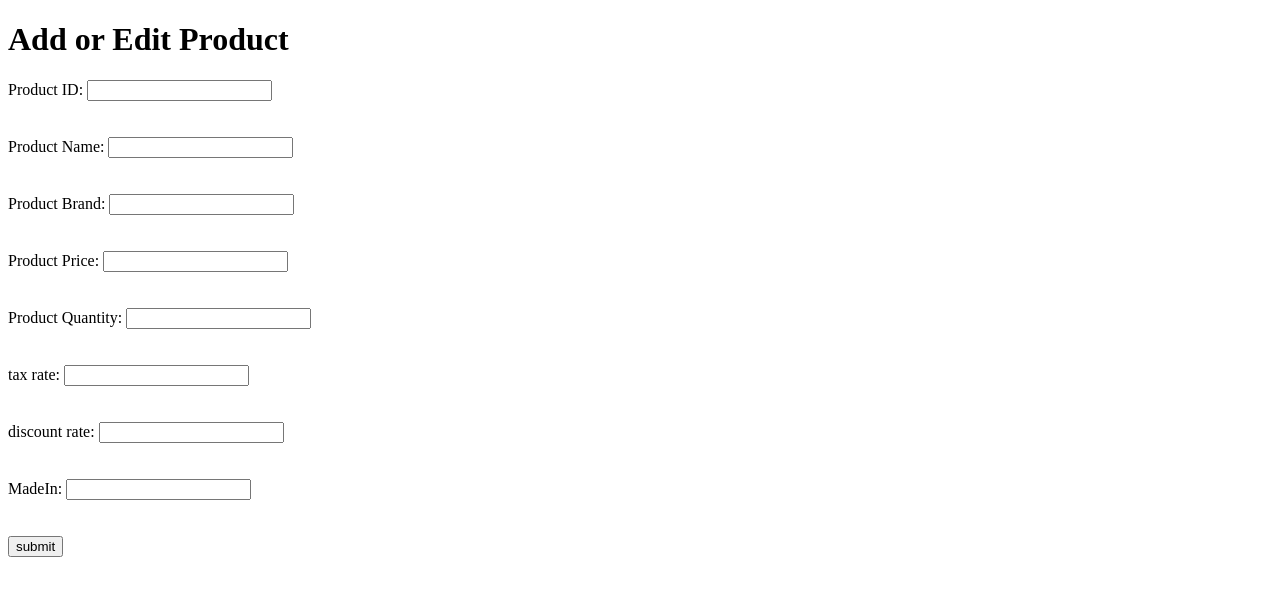
Repository: Nikhilsahu-16/SpringBootProject
Page: http://localhost/product
These files come from the project's save history. The page is drawn as it stood at one moment and after the next save; the edit follows.
The browser window is 1280 px wide. The pictures show the whole page.
The page is this project's Thymeleaf template; nobody is signed in. The template is opened directly, without the code that normally fills it, so the values that code supplies are empty.

Above is the page before, as saved 2024-12-21 09:05:43.

### SpringBootMvc-2/src/main/resources/templates/product.html

<!DOCTYPE html>
<html xmlns:th="http://www.thymeleaf.org">
<head>
    <title>Product Form</title>
</head>
<body>
    <h1>Add or Edit Product</h1>
    <form th:action="@{/saveProduct}" th:method="post">
        <div>
            <label for="productId">Product ID:</label>
            <input type="text" id="productId" name="productId"  required>
        </div><br><br>
        <div>
            <label for="productName">Product Name:</label>
            <input type="text" id="productName" name="productName"  required>
        </div><br><br>
        <div>
            <label for="productBrand">Product Brand:</label>
            <input type="text" id="productBrand" name="productBrand"  required>
        </div><br><br>
        <div>
            <label for="productPrice">Product Price:</label>
            <input type="number" id="productPrice" name="productPrice" required>
        </div><br><br>
        <div>
            <label for="productQuantity">Product Quantity:</label>
            <input type="number" id="productQuantity" name="productQuantity"  required>
        </div><br><br>
           <div>
            <label for="taxRate">tax rate:</label>
            <input type="number" id="taxRate" name="taxRate"  required>
        </div><br><br>
         <div>
            <label for="discountRate">discount rate:</label>
            <input type="number" id="discountRate" name="discountRate"  required>
        </div><br><br>
          <div>
            <label for=" productMadein">MadeIn:</label>
            <input type="text" id=" productMadeIn" name="productMadeIn"  required>
        </div><br><br>



        <div>
            <button type="submit" value="submit">submit</button>
        </div>
    </form>
</body>
</html>

After the next save:
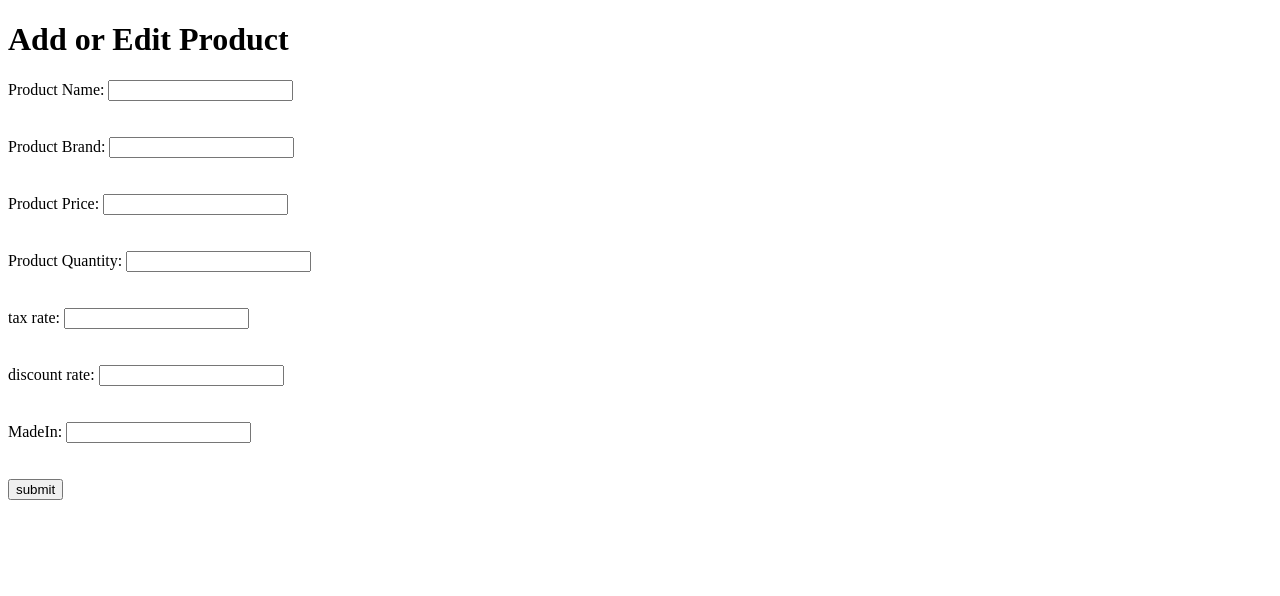
Saved 2 min 19 s later.
--- a/SpringBootMvc-2/src/main/resources/templates/product.html
+++ b/SpringBootMvc-2/src/main/resources/templates/product.html
@@ -7,10 +7,7 @@
 <body>
     <h1>Add or Edit Product</h1>
     <form th:action="@{/saveProduct}" th:method="post">
-        <div>
-            <label for="productId">Product ID:</label>
-            <input type="text" id="productId" name="productId"  required>
-        </div><br><br>
+
         <div>
             <label for="productName">Product Name:</label>
             <input type="text" id="productName" name="productName"  required>
